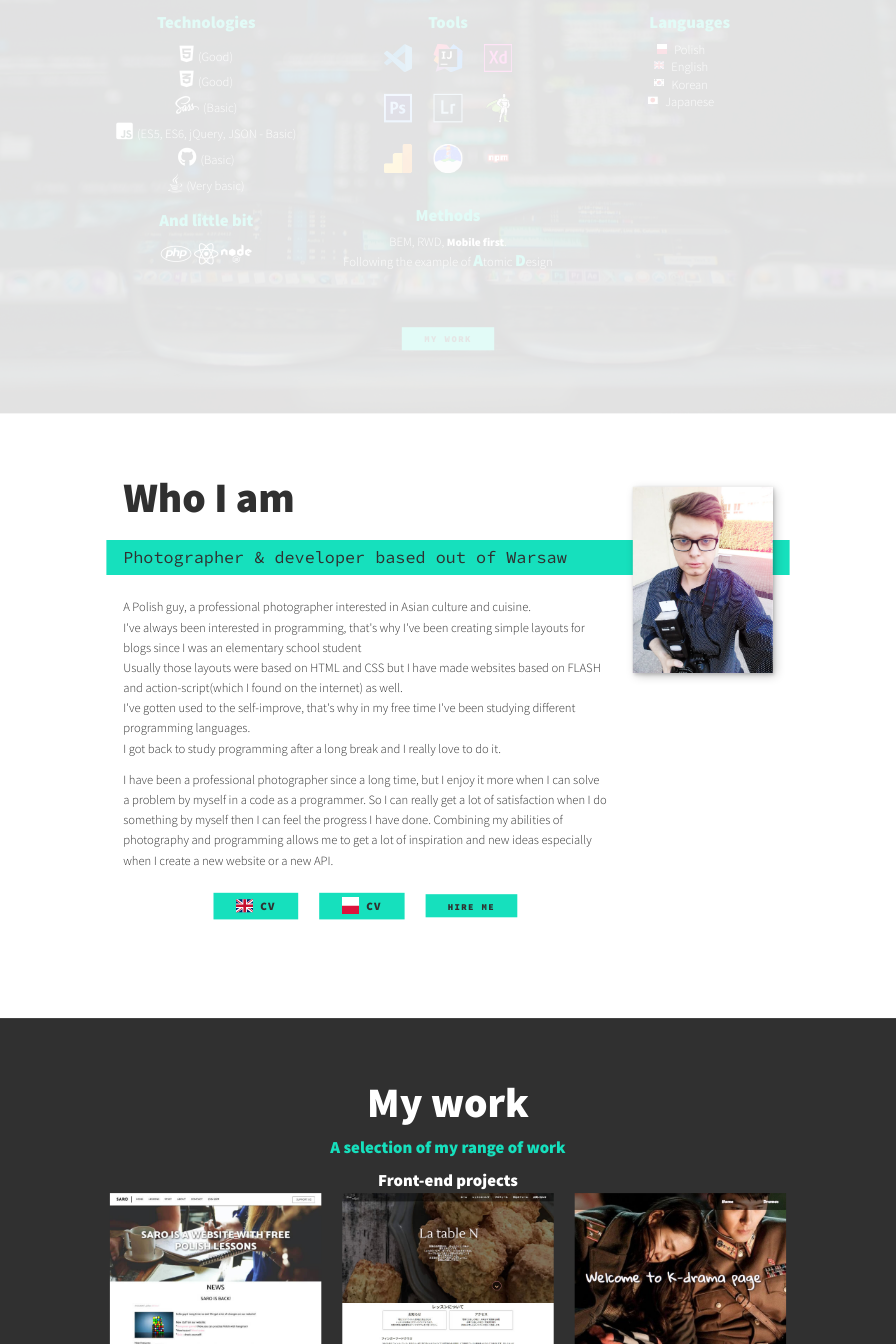
Repository: michalskirobert/michalskirobert.github.io
Page: index.html
The author's editor kept a copy of each file at every save. The page is drawn from the files as they stood at one save, then again after the next save.
The browser window is 1280 px wide. The pictures show the part of the page from y = 778 to 2698 px (the page is 4481 px tall before and 4507 px after), at 70% of full size.
Some web libraries are served in a nearby version.

Above is the page before, as saved 2020-11-12 22:23:52.
Console error: TypeError: Cannot read properties of null (reading 'addEventListener')

After the next save:
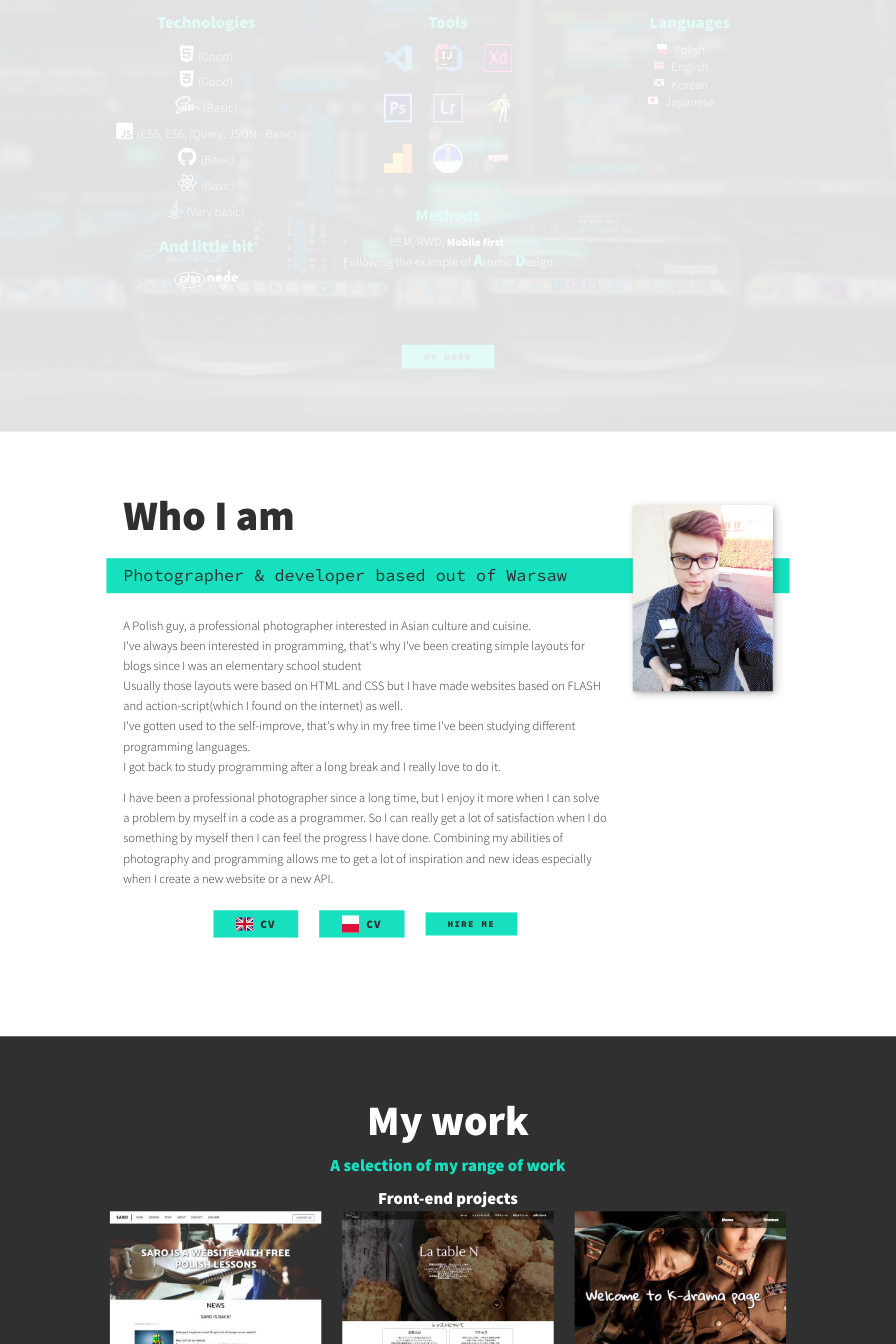
Saved 48 s later.
--- a/index.html
+++ b/index.html
@@ -65,11 +65,11 @@
                 <p><i class="fab fa-sass"></i>(Basic)</p>
                 <p><i class="fab fa-js-square"></i>(ES5, ES6, jQuery, JSON - Basic)</b>
                 <p><i class="fab fa-github"></i>(Basic)</p>
+                <p><i class="fab fa-react"></i>(Basic)</p>
                 <p><i class="fab fa-java"></i>(Very basic)</p>
                 <h3>And little bit</h3>
                 <div class="skill__row">
                     <i class="fab fa-php"></i>
-                    <i class="fab fa-react"></i>
                     <i class="fab fa-node"></i>
                 </div>
             </div>
